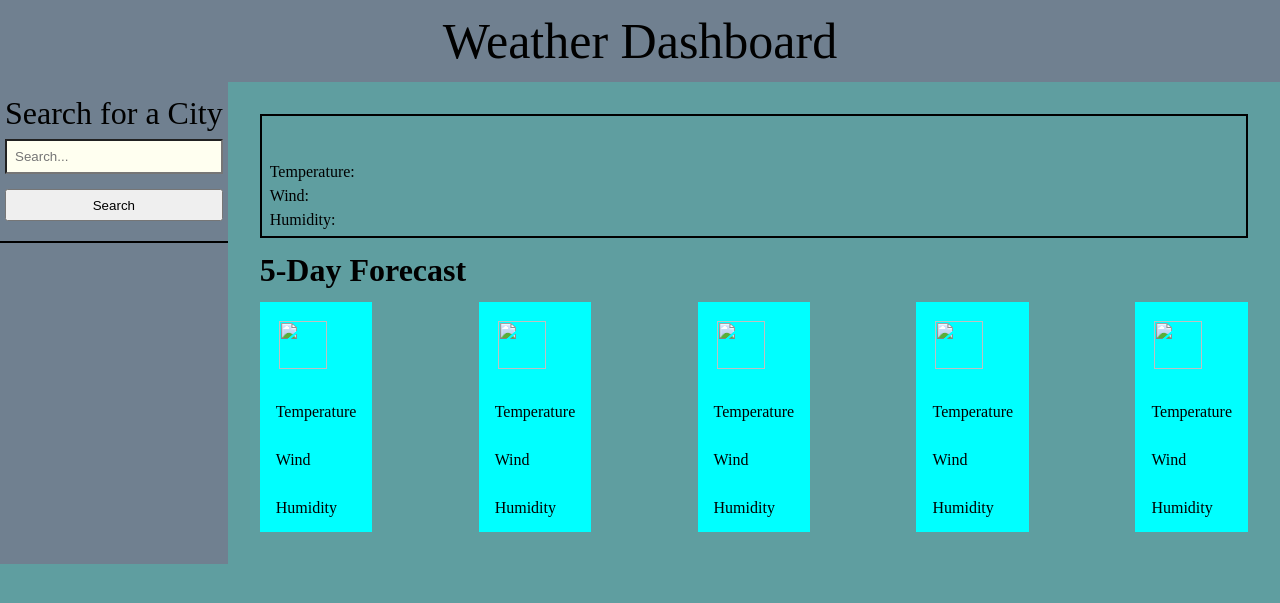
Repository: Pauldan1988/weather-dash
Page: index.html
The author's editor kept a copy of each file at every save. The page is drawn from the files as they stood at one save, then again after a run of saves.
The browser window is 1280 px wide. The pictures show the whole page.

Above is the page before, as saved 2023-01-16 11:11:29.

After the next 2 saves:
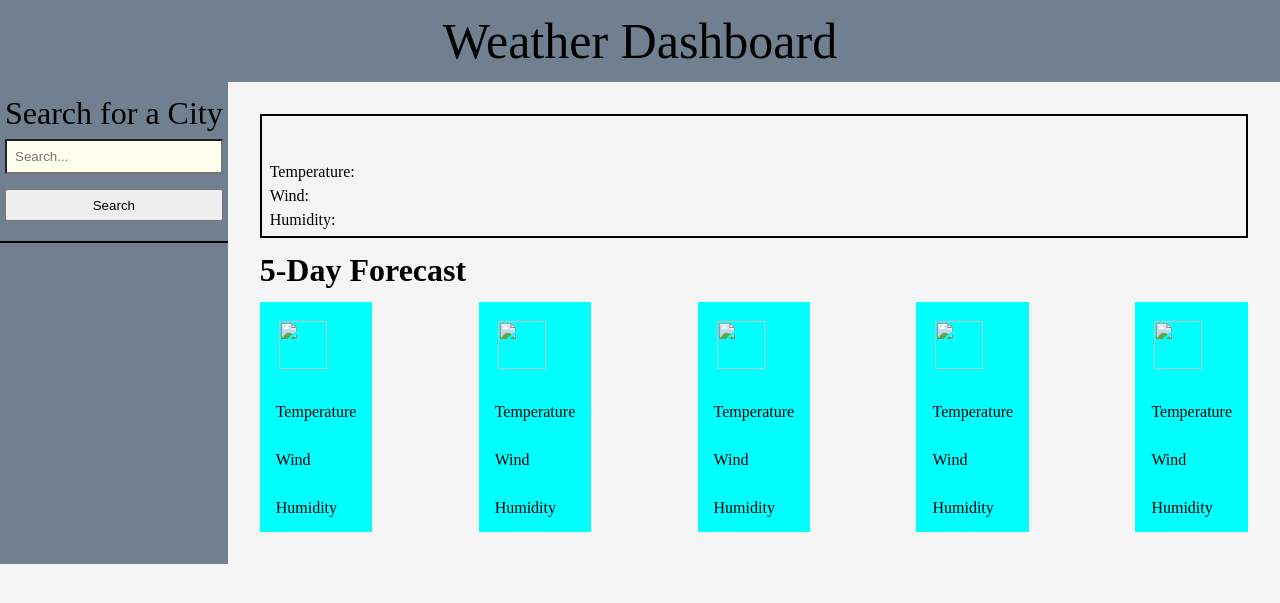
The 2 saves are shown as one change because they came seconds apart.
The last was saved 14 s later.
--- a/style.css
+++ b/style.css
@@ -4,7 +4,7 @@ main {
 }
 
 body {
-    background-color:cadetblue;
+    background-color: whitesmoke;
 }
 
 header {
